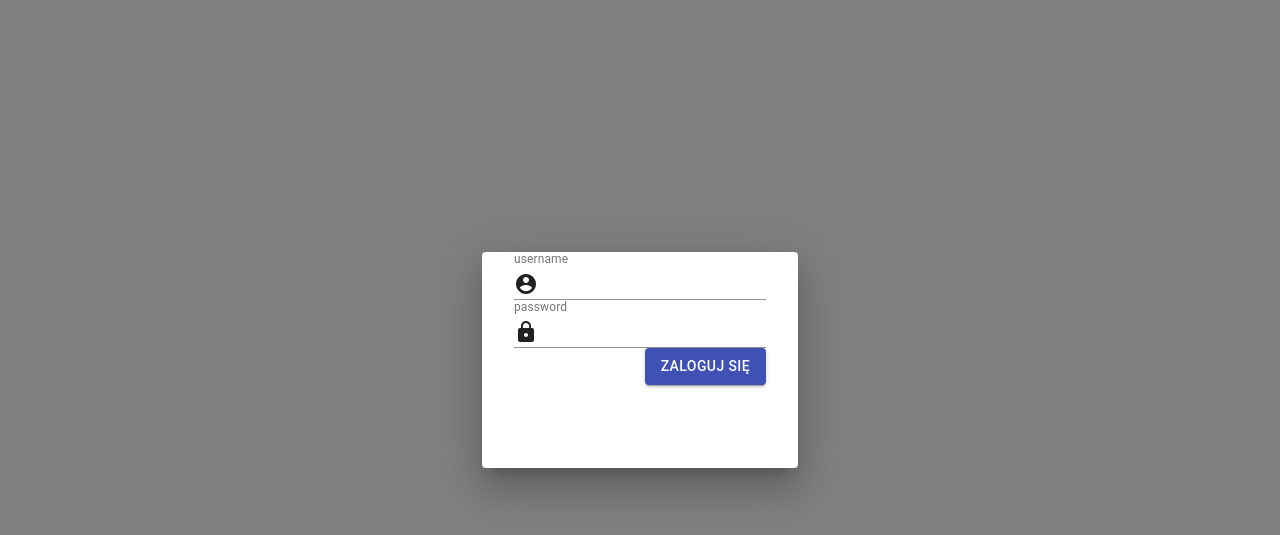
Repository: pgruca96/HappitsChanger
Page: /
These files come from the project's save history. The page is drawn as it stood at one moment and after the next save; the edit follows.
The browser window is 1280 px wide. The pictures show the whole page.
The project was rebuilt for these pictures with package versions that can differ from the ones it lists, and the page was loaded fresh each time. Also part of the build but not shown: src/App.css.

Above is the page before, as saved 2020-10-23 23:38:49.

After the next save:
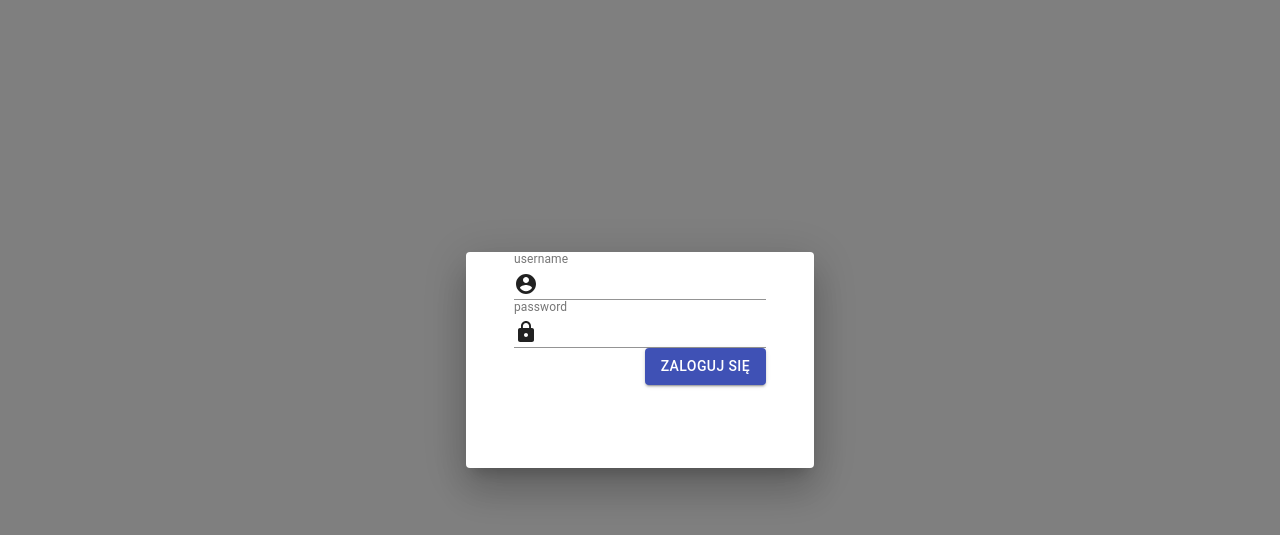
Saved 11 s later.
--- a/src/styles/Form.js
+++ b/src/styles/Form.js
@@ -8,7 +8,7 @@ export const useStyles = makeStyles((theme) => ({
     minHeight: "30vh",
   },
   margin: {
-    marginLeft: theme.spacing(4),
-    marginRight: theme.spacing(4),
+    marginLeft: theme.spacing(6),
+    marginRight: theme.spacing(6),
   },
 }));
